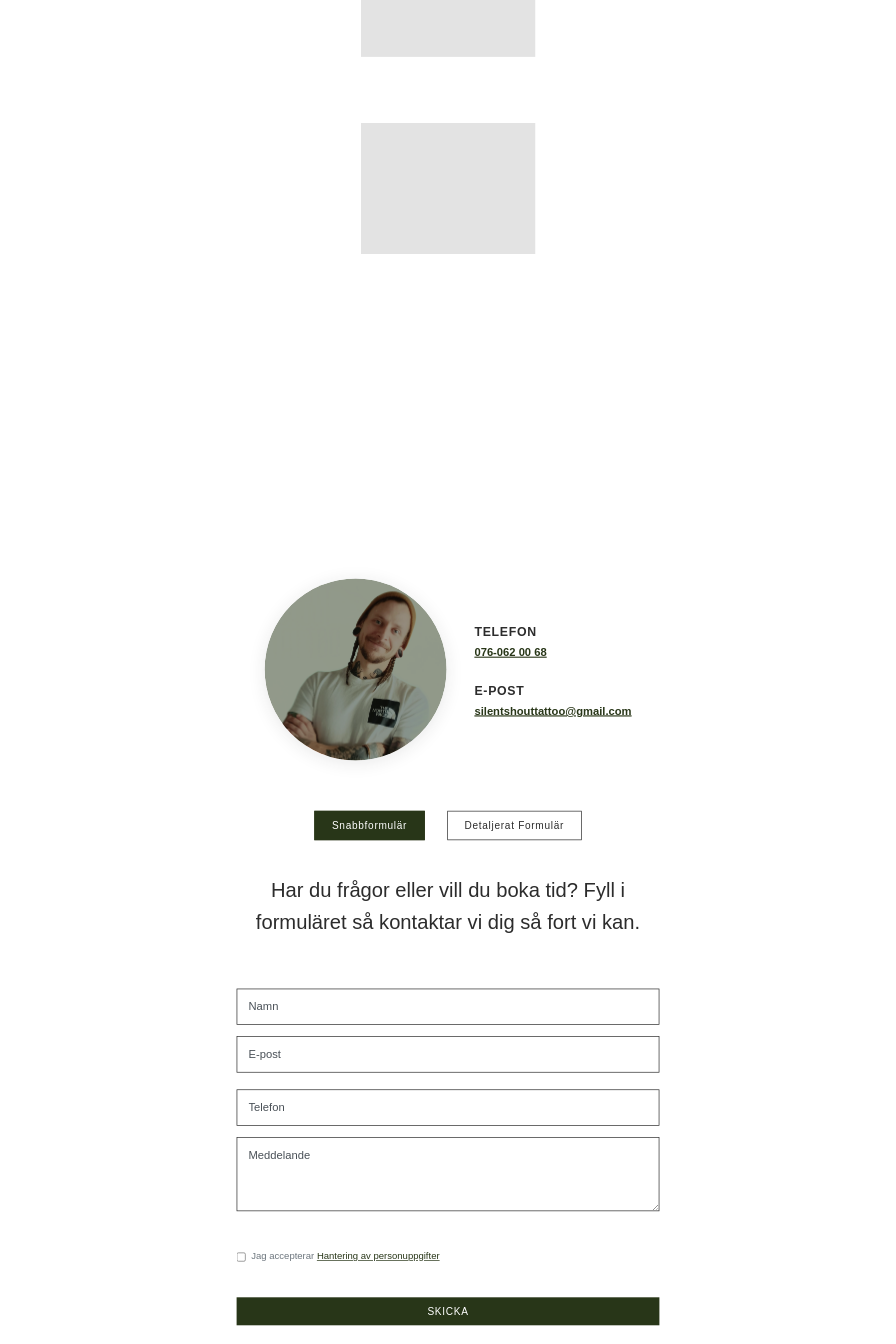
Repository: public-websites/silentshouttattoose
Page: index.html
An editor plug-in stored every save of this project. The page is shown before and after the next save, followed by the edit.
The browser window is 1280 px wide. The pictures show the part of the page from y = 3255 to 5175 px (the page is 6977 px tall), at 70% of full size.
Pictures or frames that could not be fetched are drawn as grey boxes.

Above is the page before, as saved 2025-08-19 08:28:58.

### index.html
<!DOCTYPE html>
<html lang="sv">
<head>
    <meta charset="UTF-8">
    <meta name="viewport" content="width=device-width, initial-scale=1.0">
    <title>Silent Shout - Den omtänksamma studion</title>
    <link rel="stylesheet" href="styles.css">
</head>
<body>
    <header class="social-header">
        <div class="container">
            <div class="social-icons">
                <a href="https://instagram.com" target="_blank" class="social-icon" aria-label="Instagram">
                    <svg viewBox="0 0 24 24" fill="currentColor">
                        <path d="M12 2.163c3.204 0 3.584.012 4.85.07 3.252.148 4.771 1.691 4.919 4.919.058 1.265.069 1.645.069 4.849 0 3.205-.012 3.584-.069 4.849-.149 3.225-1.664 4.771-4.919 4.919-1.266.058-1.644.07-4.85.07-3.204 0-3.584-.012-4.849-.07-3.26-.149-4.771-1.699-4.919-4.92-.058-1.265-.07-1.644-.07-4.849 0-3.204.013-3.583.07-4.849.149-3.227 1.664-4.771 4.919-4.919 1.266-.057 1.645-.069 4.849-.069zm0-2.163c-3.259 0-3.667.014-4.947.072-4.358.2-6.78 2.618-6.98 6.98-.059 1.281-.073 1.689-.073 4.948 0 3.259.014 3.668.072 4.948.2 4.358 2.618 6.78 6.98 6.98 1.281.058 1.689.072 4.948.072 3.259 0 3.668-.014 4.948-.072 4.354-.2 6.782-2.618 6.979-6.98.059-1.28.073-1.689.073-4.948 0-3.259-.014-3.667-.072-4.947-.196-4.354-2.617-6.78-6.979-6.98-1.281-.059-1.69-.073-4.949-.073zm0 5.838c-3.403 0-6.162 2.759-6.162 6.162s2.759 6.163 6.162 6.163 6.162-2.759 6.162-6.163c0-3.403-2.759-6.162-6.162-6.162zm0 10.162c-2.209 0-4-1.79-4-4 0-2.209 1.791-4 4-4s4 1.791 4 4c0 2.21-1.791 4-4 4zm6.406-11.845c-.796 0-1.441.645-1.441 1.44s.645 1.44 1.441 1.44c.795 0 1.439-.645 1.439-1.44s-.644-1.44-1.439-1.44z"/>
                    </svg>
                </a>
                <a href="https://facebook.com" target="_blank" class="social-icon" aria-label="Facebook">
                    <svg viewBox="0 0 24 24" fill="currentColor">
                        <path d="M24 12.073c0-6.627-5.373-12-12-12s-12 5.373-12 12c0 5.99 4.388 10.954 10.125 11.854v-8.385H7.078v-3.47h3.047V9.43c0-3.007 1.792-4.669 4.533-4.669 1.312 0 2.686.235 2.686.235v2.953H15.83c-1.491 0-1.956.925-1.956 1.874v2.25h3.328l-.532 3.47h-2.796v8.385C19.612 23.027 24 18.062 24 12.073z"/>
                    </svg>
                </a>
                <a href="mailto:info@inksoul.se" class="social-icon" aria-label="Email">
                    <svg viewBox="0 0 24 24" fill="currentColor">
                        <path d="M20 4H4c-1.1 0-1.99.9-1.99 2L2 18c0 1.1.9 2 2 2h16c1.1 0 2-.9 2-2V6c0-1.1-.9-2-2-2zm0 4l-8 5-8-5V6l8 5 8-5v2z"/>
                    </svg>
                </a>
            </div>
            <a href="#boka-tid" class="cta-header-button">Boka tid</a>
        </div>
    </header>

    <section class="hero">
        <div class="container">
            <div class="hero-text">

                <p class="hero-quote"></p>
                <img src="silentshouttattoo-outline.svg" alt="Silent Shout Tattoo Logo" class="studio-logo">
                <p class="studio-tagline">Affordable Quality Tattoos</p>
                <p class="location">Tatueringsartist & konstnär baserad i Alingsås</p>
                <a href="#boka-tid" class="cta-button">Skicka förfrågan</a>
            </div>
        </div>
    </section>

    <section class="story-section">
        <div class="container">
            <div class="story-content fade-in">
                <p class="story-text">
                    Tatueringsstudion Silent Shout är något utöver det vanliga. En säker, trygg och avslappnande plats där du som kund alltid står i fokus.
                </p>
                <p class="story-text">
                    Här hittar ni tatueraren och konstnären Kjell Saxberg, kanske mer bekant som "kjell_karamell" en tatuerare med rötterna i den "gammal skolan" där konstnärlig mångsidighet var ett krav för att få ta plats i branschen.
                </p>
                <p class="story-highlight">
                    Kjell har tatuerat professionellt sedan 2012.
Med all den erfarenheten som han har samlat på sig under årens gång har han ett alldeles unikt sätt att se och röra sig inom tatueringskonstens värld.
Den 29e juni 2024 öppnades dörrarna på Norra Strömgatan 13A i Alingsås upp till Silent Shout Tattoo. <br>
Varmt välkommen in till en innre vision av tatuering och dess trollbindande värld.

                </p>
            </div>
        </div>
    </section>

    <section class="large-text-section">
           <!-- Animated GIF Element -->
        <div class="animated-gif">
            <img src="https://media2.giphy.com/media/v1.Y2lkPTc5MGI3NjExbzJpbTR2cWllN2oxamhwMTZ6MjFmYzZ1czZ1b2Y0cXg3MmRrZDRkbiZlcD12MV9pbnRlcm5hbF9naWZfYnlfaWQmY3Q9Zw/3ohs7UJi7uqAcquQoM/giphy.gif" alt="Animated line drawing" />
        </div>
        <div class="container">
            <h2 class="large-text split fade-in">
Kreativitet            </h2>
        </div>


    </section>

    <section class="philosophy-section">
        <div class="container">
            <p class="philosophy-text fade-in">
                Tatueringsstudion Silent Shout är något utöver det vanliga. En säker, trygg och avslappnande plats där du som kund alltid står i fokus.
            </p>
        </div>
    </section>

    <section class="large-text-section">
        <div class="container">
            <h2 class="large-text split fade-in">
                Eftervård
            </h2>
        </div>

        <!-- Animated GIF Element 1 -->
        <div class="animated-gif">
            <img src="https://media1.giphy.com/media/v1.Y2lkPTc5MGI3NjExb3oyNzAwYWVybXM2d2RmM2xxcXA2eDIxanVuOTFydTJiaXpoYngzOSZlcD12MV9pbnRlcm5hbF9naWZfYnlfaWQmY3Q9Zw/7rZOPP0VYSgWdVHQiv/giphy.gif" alt="Animated line drawing 2" />
        </div>

        <!-- Animated SVG Drawing Element
        <div class="animated-drawing">
            <svg viewBox="0 0 200 200" xmlns="http://www.w3.org/2000/svg">
                <path d="M50,100 Q100,50 150,100 Q100,150 50,100" />
                <path d="M80,70 Q100,90 120,70 Q100,50 80,70" />
                <path d="M80,130 Q100,110 120,130 Q100,150 80,130" />
                <path d="M100,80 L100,120 M80,100 L120,100" />
            </svg>
        </div>
        -->

  <!-- Animated GIF Element 2 -->
        <div class="animated-gif">
            <img src="https://media1.giphy.com/media/v1.Y2lkPTc5MGI3NjExb3oyNzAwYWVybXM2d2RmM2xxcXA2eDIxanVuOTFydTJiaXpoYngzOSZlcD12MV9pbnRlcm5hbF9naWZfYnlfaWQmY3Q9Zw/7rZOPP0VYSgWdVHQiv/giphy.gif" alt="Animated line drawing 2" />
        </div>

         <!-- Animated GIF Element 3 -->
        <div class="animated-gif">
            <img src="https://media1.giphy.com/media/v1.Y2lkPTc5MGI3NjExb3oyNzAwYWVybXM2d2RmM2xxcXA2eDIxanVuOTFydTJiaXpoYngzOSZlcD12MV9pbnRlcm5hbF9naWZfYnlfaWQmY3Q9Zw/7rZOPP0VYSgWdVHQiv/giphy.gif" alt="Animated line drawing 2" />
        </div>


    </section>

    <section class="booking-section" id="booking">
        <div class="container">
            <h2 class="booking-title fade-in"></h2>
            <div class="form-container fade-in">
                <div class="form-intro">
                    <h3></h3>
                    <p></p>
                </div>

                <!-- Profil och kontaktinfo sida vid sida -->
                <div class="profile-contact-row">
                    <div class="profile-image-wrapper">
                        <img src="profile.jpg" alt="Silent Shout Tattoo Artist" class="profile-image">
                    </div>
                    <div class="profile-contact-info">
                        <div class="contact-info-section">
                            <h4>Telefon</h4>
                            <p><a href="tel:0760620068">076-062 00 68</a></p>
                        </div>
                        <div class="contact-info-section">
                            <h4>E-post</h4>
                            <p><a href="mailto:silentshouttattoo@gmail.com">silentshouttattoo@gmail.com</a></p>
                        </div>

                        <div class="opening-hours">
                            <!--<h4>Öppettider</h4>
                            <p>Vardagar 10.00 — 17.00</p>
                            <p>Lördagar vid bokad tid</p>-->
                        </div>
                    </div>
                </div>

                <!-- Form Toggle Buttons -->
                <div class="form-toggle">
                    <button class="toggle-btn active" data-form="custom">Snabbformulär</button>
                    <button class="toggle-btn" data-form="google">Detaljerat Formulär</button>
                </div>

                <!-- Custom Form -->
                <form class="custom-form" id="contactForm" method="POST" action="/send-email">
                    <div class="form-intro">
                        <h3 id="boka-tid">Har du frågor eller vill du boka tid? Fyll i formuläret så kontaktar vi dig så fort vi kan.</h3>
                    </div>

                    <div class="form-fields">
                        <div class="form-row">
                            <div class="form-group">
                                <input type="text" id="name" name="name" placeholder="Namn" required>
                            </div>

                            <div class="form-group">
                                <input type="email" id="email" name="email" placeholder="E-post" required>
                            </div>
                        </div>

                        <div class="form-row">
                            <div class="form-group">
                                <input type="tel" id="phone" name="phone" placeholder="Telefon" required>
                            </div>

                            <div class="form-group">
                                <textarea id="message" name="message" rows="4" placeholder="Meddelande"></textarea>
                            </div>
                        </div>

                        <div class="checkbox-group">
                            <input type="checkbox" id="privacy" name="privacy" required>
                            <label for="privacy">
                                Jag accepterar <a href="#" target="_blank">Hantering av personuppgifter</a>
                            </label>
                        </div>

                        <button type="submit" class="submit-button">SKICKA</button>
                    </div>
                </form>

                <!-- Google Forms Container -->
                <div class="google-form-container" style="display: none;">
                    <div class="form-loading" id="formLoading">
                        <div class="spinner"></div>
                        <p>laddar formulär...</p>
                    </div>

                    <iframe
                        src="https://docs.google.com/forms/d/e/1FAIpQLSe5F3VtygnRylmXwHNeTswBMIdDoRpoEf7FgPYu2_uIHeA4zQ/viewform?embedded=true&vc=0&c=0&w=1&flr=0"
                        frameborder="0"
                        marginheight="0"
                        marginwidth="0"
                        onload="hideLoading()"
                        style="display: none;"
                        id="bookingForm">
                        Laddar...
                    </iframe>
                </div>
            </div>
        </div>
    </section>

    <section class="stories-section">
        <div class="container">
            <h2 class="stories-title fade-in">Sagt om Kjell</h2>

            <div class="story-card fade-in">
                <p>
                    💚"Nostalgifestivalen 2025 och där står Kjell med ett antal motiv. Hittar ett underbart motiv men är känd för att behöva flera år för att bestämma mig. Plötsligt händer det, jag gör min tatuering!
Härlig person är han, Kjell. Tusen tack för ett fint samtal under resans gång och inte minst för en fantastiskt fin tatuering. Är så nöjd!"💚
                </p>
            </div>

            <div class="story-card fade-in">
                <p>
                    💚"Kjell är en fantastiskt duktig, trevlig och professionell tatuerare. Hans kärlek till denna konstform lyser verkligen igenom.
Alltid mycket god stämning i studion, trevlig att prata med, tar väl hand om sina kunder och lyssnar och löser önskemål enkelt.
Duktig på customs och har mängder av fina flashmotiv.

Kan rekommendera alla ett besök hos Kjell, vare sig en vill ha något stort eller litet, avancerat eller enkelt."💚
                </p>
            </div>
        </div>
    </section>

    <footer class="social-footer">
        <div class="container">
            <img src="silentshouttattoo-infill-white.svg" alt="Silent Shout Tattoo Logo" class="studio-logo">
            <h2 class="contact-title"></h2>
            <div class="contact-info">
                <p><a href="mailto:silentshouttattoo@gmail.com">silentshouttattoo@gmail.com</a></p>
                <p><a href="tel:0760620068">076-062 00 68</a></p>
                <p>Norra Strömgatan 13A, Alingsås</p>
                <br>
                <p style="padding-bottom: 1.5em;"><a href="https://instagram.com" target="_blank">Följ uppdateringar på Instagram för gästplatser</a></p>
            </div>
            <div class="social-icons">
                <a href="https://instagram.com" target="_blank" class="social-icon" aria-label="Instagram">
                    <svg viewBox="0 0 24 24" fill="currentColor">
                        <path d="M12 2.163c3.204 0 3.584.012 4.85.07 3.252.148 4.771 1.691 4.919 4.919.058 1.265.069 1.645.069 4.849 0 3.205-.012 3.584-.069 4.849-.149 3.225-1.664 4.771-4.919 4.919-1.266.058-1.644.07-4.85.07-3.204 0-3.584-.012-4.849-.07-3.26-.149-4.771-1.699-4.919-4.92-.058-1.265-.07-1.644-.07-4.849 0-3.204.013-3.583.07-4.849.149-3.227 1.664-4.771 4.919-4.919 1.266-.057 1.645-.069 4.849-.069zm0-2.163c-3.259 0-3.667.014-4.947.072-4.358.2-6.78 2.618-6.98 6.98-.059 1.281-.073 1.689-.073 4.948 0 3.259.014 3.668.072 4.948.2 4.358 2.618 6.78 6.98 6.98 1.281.058 1.689.072 4.948.072 3.259 0 3.668-.014 4.948-.072 4.354-.2 6.782-2.618 6.979-6.98.059-1.28.073-1.689.073-4.948 0-3.259-.014-3.667-.072-4.947-.196-4.354-2.617-6.78-6.979-6.98-1.281-.059-1.69-.073-4.949-.073zm0 5.838c-3.403 0-6.162 2.759-6.162 6.162s2.759 6.163 6.162 6.163 6.162-2.759 6.162-6.163c0-3.403-2.759-6.162-6.162-6.162zm0 10.162c-2.209 0-4-1.79-4-4 0-2.209 1.791-4 4-4s4 1.791 4 4c0 2.21-1.791 4-4 4zm6.406-11.845c-.796 0-1.441.645-1.441 1.44s.645 1.44 1.441 1.44c.795 0 1.439-.645 1.439-1.44s-.644-1.44-1.439-1.44z"/>
                    </svg>
                </a>
                <a href="https://facebook.com" target="_blank" class="social-icon" aria-label="Facebook">
                    <svg viewBox="0 0 24 24" fill="currentColor">
                        <path d="M24 12.073c0-6.627-5.373-12-12-12s-12 5.373-12 12c0 5.99 4.388 10.954 10.125 11.854v-8.385H7.078v-3.47h3.047V9.43c0-3.007 1.792-4.669 4.533-4.669 1.312 0 2.686.235 2.686.235v2.953H15.83c-1.491 0-1.956.925-1.956 1.874v2.25h3.328l-.532 3.47h-2.796v8.385C19.612 23.027 24 18.062 24 12.073z"/>
                    </svg>
                </a>
                <a href="mailto:silentshouttattoo@gmail.com" class="social-icon" aria-label="Email">
                    <svg viewBox="0 0 24 24" fill="currentColor">
                        <path d="M20 4H4c-1.1 0-1.99.9-1.99 2L2 18c0 1.1.9 2 2 2h16c1.1 0 2-.9 2-2V6c0-1.1-.9-2-2-2zm0 4l-8 5-8-5V6l8 5 8-5v2z"/>
                    </svg>
                </a>
            </div>
        </div>
    </footer>

    <script src="script.js"></script>
</body>
</html>

Loaded but not shown: script.js (103 lines, source omitted); styles.css (982 lines, source omitted)

After the next save:
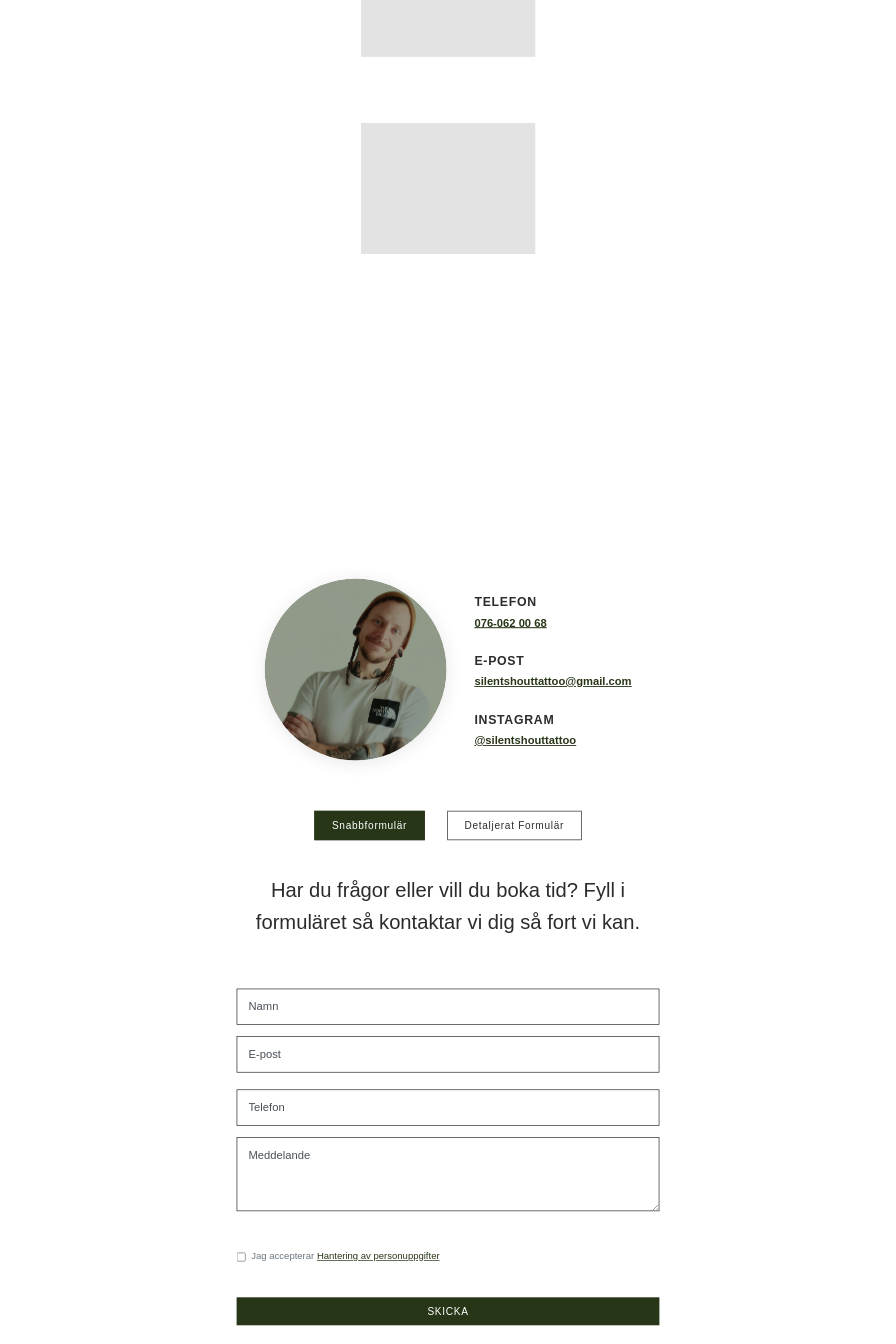
Saved 7 s later.
--- a/index.html
+++ b/index.html
@@ -143,7 +143,10 @@
                             <h4>E-post</h4>
                             <p><a href="mailto:silentshouttattoo@gmail.com">silentshouttattoo@gmail.com</a></p>
                         </div>
-
+                        <div class="contact-info-section">
+                            <h4>Instagram</h4>
+                            <p><a href="https://www.instagram.com/silentshouttattoo" target="_blank">@silentshouttattoo</a></p>
+                        </div>
                         <div class="opening-hours">
                             <!--<h4>Öppettider</h4>
                             <p>Vardagar 10.00 — 17.00</p>
